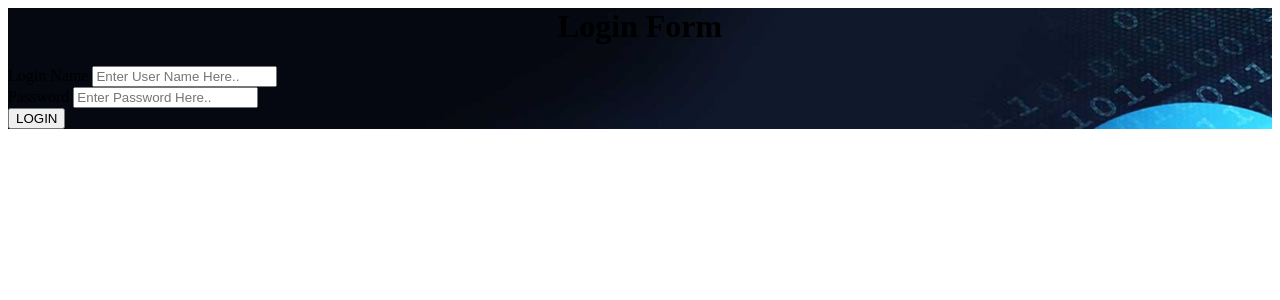
Repository: yogenderupadhyay/Project-2
Page: LetsTalkFrontend/WebContent/c_user/Login.html
The author's editor kept a copy of each file at every save. The page is drawn from the files as they stood at one save, then again after the next save.
The browser window is 1280 px wide. The pictures show the whole page.

Above is the page before, as saved 2018-08-01 17:14:55.

After the next save:
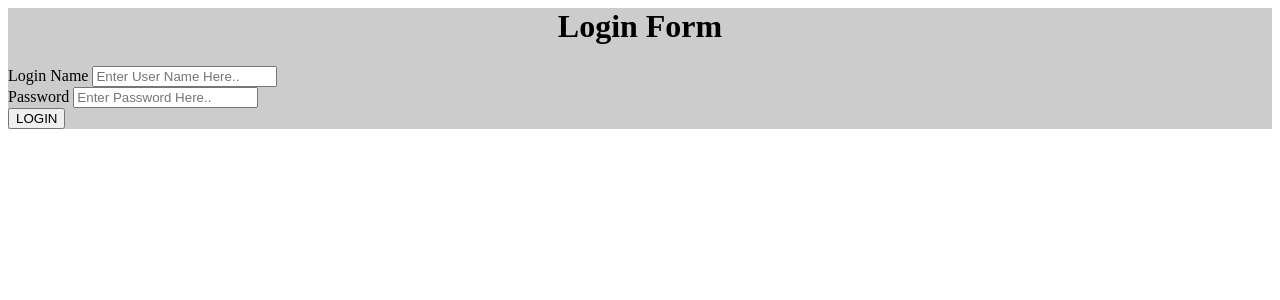
Saved 47 s later.
--- a/LetsTalkFrontend/WebContent/c_user/Login.html
+++ b/LetsTalkFrontend/WebContent/c_user/Login.html
@@ -1,8 +1,8 @@
-<div class="container-fluid" data-ng-Controller="UserController" style="background-image:url('resources/img/login.jpg');ba ">
+<div class="container-fluid" data-ng-Controller="UserController" style="background-image:url('resources/img/login.jpg');background: rgba(0, 0, 0, 0.2); ">
 
  <h1 class="well"><center><font face="Monotype Corsiva">Login Form</font></center></h1>
 	<div class="col-lg-12 well">
-	<div class="row form">
+	<div class="row">
 				<form>
 					<div class="col-sm-12">
 						<div class="row">

After the save that followed:
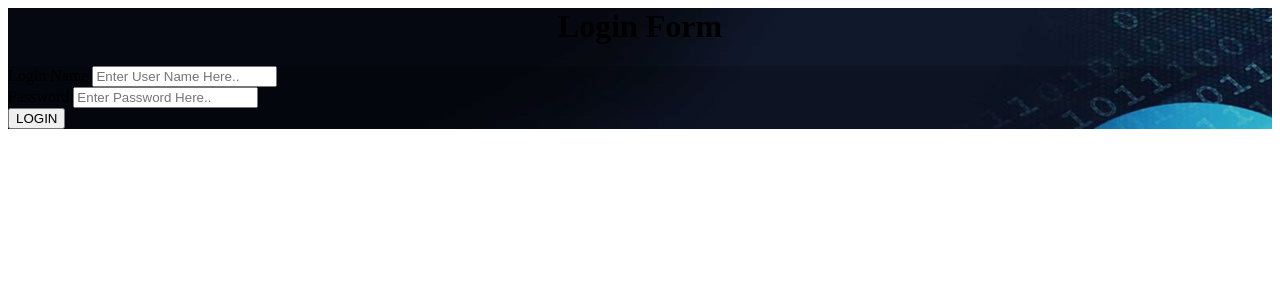
Saved 37 s later.
--- a/LetsTalkFrontend/WebContent/c_user/Login.html
+++ b/LetsTalkFrontend/WebContent/c_user/Login.html
@@ -1,9 +1,9 @@
-<div class="container-fluid" data-ng-Controller="UserController" style="background-image:url('resources/img/login.jpg');background: rgba(0, 0, 0, 0.2); ">
+<div class="container-fluid" data-ng-Controller="UserController" style="background-image:url('resources/img/login.jpg'); ">
 
  <h1 class="well"><center><font face="Monotype Corsiva">Login Form</font></center></h1>
 	<div class="col-lg-12 well">
 	<div class="row">
-				<form>
+				<form style="background: rgba(0, 0, 0, 0.2);">
 					<div class="col-sm-12">
 						<div class="row">
 							<div class="col-sm-6 form-group">
